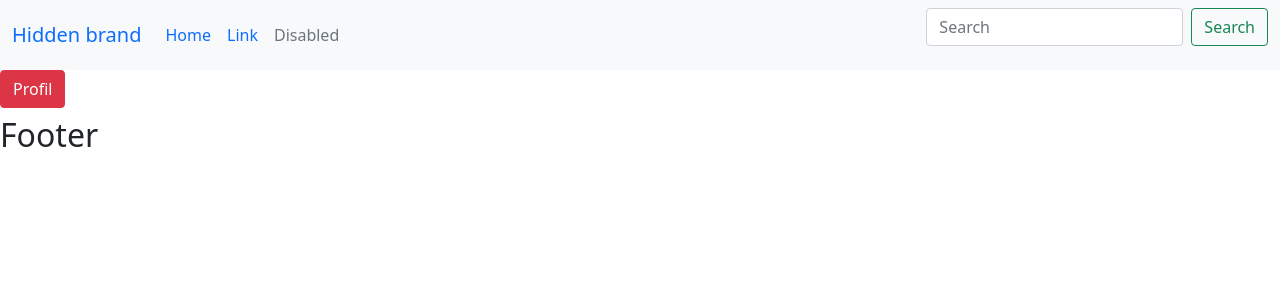
Repository: FS-23/php-getstarted
Page: http://localhost/pages/profil.php
These files come from the project's save history. The page is drawn as it stood at one moment and after the next save; the edit follows.
The browser window is 1280 px wide. The pictures show the whole page.
The page is run by PHP 8.4 with error messages shown; the project is at /var/www/html/.

Above is the page before, as saved 2022-05-27 15:08:34.

### demoAPP/pages/profil.php

<?php require_once '../layouts/header.php' ?>
<h1 class="btn btn-danger">Profil</h1>
<?php require_once '../layouts/footer.php' ?>

### demoAPP/layouts/header.php

<link rel="stylesheet" href="https://cdn.jsdelivr.net/npm/bootstrap@5.1.3/dist/css/bootstrap.min.css">
<nav class="navbar navbar-expand-lg bg-light">
  <div class="container-fluid">
    <button class="navbar-toggler" type="button" data-bs-toggle="collapse" data-bs-target="#navbarTogglerDemo01" aria-controls="navbarTogglerDemo01" aria-expanded="false" aria-label="Toggle navigation">
      <span class="navbar-toggler-icon"></span>
    </button>
    <div class="collapse navbar-collapse" id="navbarTogglerDemo01">
      <a class="navbar-brand" href="#">Hidden brand</a>
      <ul class="navbar-nav me-auto mb-2 mb-lg-0">
        <li class="nav-item">
          <a class="nav-link active" aria-current="page" href="#">Home</a>
        </li>
        <li class="nav-item">
          <a class="nav-link" href="#">Link</a>
        </li>
        <li class="nav-item">
          <a class="nav-link disabled">Disabled</a>
        </li>
      </ul>
      <form class="d-flex" role="search">
        <input class="form-control me-2" type="search" placeholder="Search" aria-label="Search">
        <button class="btn btn-outline-success" type="submit">Search</button>
      </form>
    </div>
  </div>
</nav>

### demoAPP/layouts/footer.php
<div>
    <h2>Footer</h2>
</div>
<script scr="https://cdn.jsdelivr.net/npm/bootstrap@5.1.3/dist/css/bootstrap.min.js"></script>

After the next save:
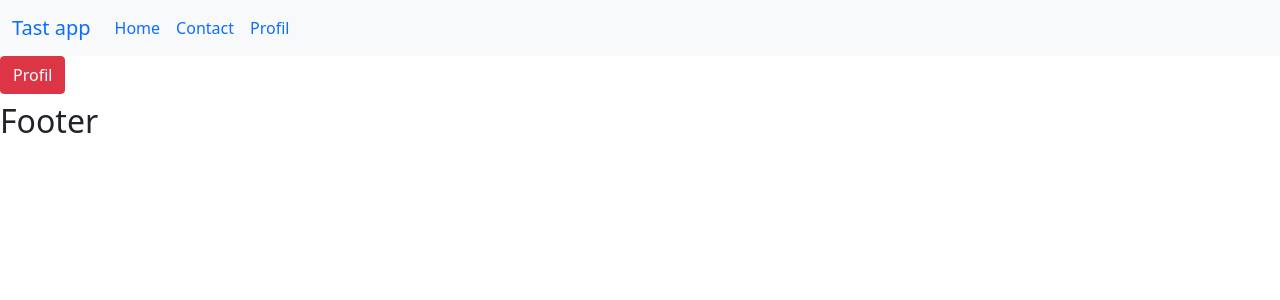
Saved 61 s later.
--- a/demoAPP/layouts/header.php
+++ b/demoAPP/layouts/header.php
@@ -6,22 +6,19 @@
       <span class="navbar-toggler-icon"></span>
     </button>
     <div class="collapse navbar-collapse" id="navbarTogglerDemo01">
-      <a class="navbar-brand" href="#">Hidden brand</a>
+      <a class="navbar-brand" href="#">Tast app</a>
       <ul class="navbar-nav me-auto mb-2 mb-lg-0">
         <li class="nav-item">
           <a class="nav-link active" aria-current="page" href="#">Home</a>
         </li>
         <li class="nav-item">
-          <a class="nav-link" href="#">Link</a>
+          <a class="nav-link" href="#">Contact</a>
         </li>
         <li class="nav-item">
-          <a class="nav-link disabled">Disabled</a>
+          <a class="nav-link ">Profil</a>
         </li>
       </ul>
-      <form class="d-flex" role="search">
-        <input class="form-control me-2" type="search" placeholder="Search" aria-label="Search">
-        <button class="btn btn-outline-success" type="submit">Search</button>
-      </form>
+
     </div>
   </div>
 </nav>
